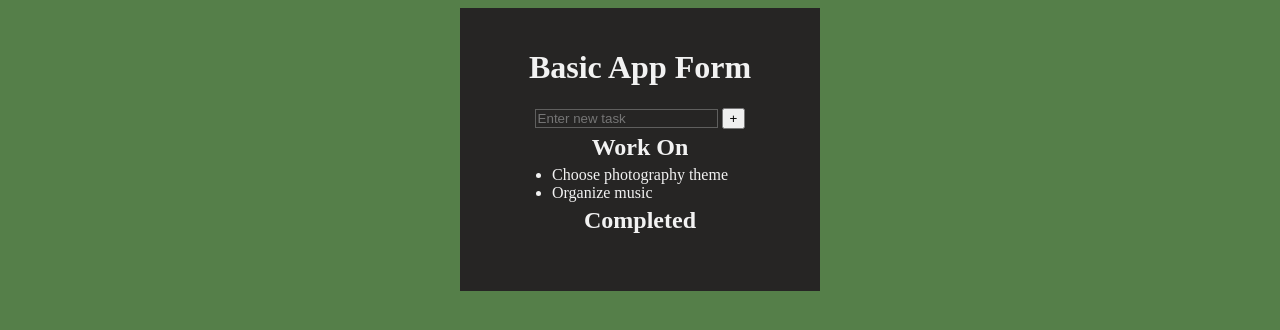
Repository: Kayla-amr/dgm_3760
Page: todoTemplate-W2/index.html
These files come from the project's save history. The page is drawn as it stood at one moment and after a run of saves; the edit follows.
The browser window is 1280 px wide. The pictures show the whole page.

Above is the page before, as saved 2022-10-17 17:18:08.

### todoTemplate-W2/index.html
<!DOCTYPE html>
<html lang="en">

<head>
    <meta charset="UTF-8">
    <meta http-equiv="X-UA-Compatible" content="IE=edge">
    <meta name="viewport" content="width=device-width, initial-scale=1.0">
    <link rel="stylesheet" href="styles.css">
    <title>Basic Todo App</title>
</head>

<body>
    <main>
        <div class="taskForm">
            <h1 class="formTitle"></h1>
            <div>
                <input class="userInput" type="text" placeholder="Enter new task">
                <button class="addTask">+</button>
            </div>
            <h2>Work On</h2>
            <ul class='todoTasks'>
            </ul>
            <h2>Completed</h2>
            <ul class='completeTasks'>
            </ul>
    </main>

    </div>
</body>
<script src="/todoTemplate-W2/index.js"></script>

</html>

### todoTemplate-W2/styles.css
body{
    background-color: #557f49;
    color: #f2f2f2;
}
main{
    display: flex;
    justify-content: center;
}
h2{
    margin: 0;
    padding: 5px;
}
.taskForm{
    background-color: #262524;
    padding: 20px;
    width: 20rem;
    display: flex;
    flex-direction: column;
    align-items: center;
}

.todoTasks{
    margin: 0;
    padding: 0;
}
.completedTasks{
    margin: 0;
    padding: 0;
}
.userInput{
    background-color: #eaaf1900;
    border: 1px solid #808080a1;
    color: #f2f2f2;
}

### todoTemplate-W2/index.js
let myList = [
	{
		id: 0,
		name: 'Choose photography theme',
		category: 'Homework',
		due_date: 'Tomorrow',
		status: false
	},
	{
		id: 1,
		name: 'Organize music',
		category: 'Chores',
		due_date: 'Wednesday',
		status: false
	}
];

//app title
document.querySelector('.formTitle').innerText = 'Basic App Form';

//view todods


function displayTodos(todos) {
	//clear out any tasks (li elements) that are in the UL
	todoTaskUl.innerHTML = '';

	//for each todo in the array, add it to the container UL
	todos.forEach(function(myTask) {
		todoTaskUl.innerHTML += `<li data-todoId='${myTask.id}'> ${myTask.name} </li>`;
	});
}

//add todos

//store element object for the add task button
const addBtn = document.querySelector('.addTask')

addBtn.addEventListener('click', (event) => {
	addTask()
})

function addTask(){
  let userInput = document.querySelector('.userInput').value;
  const newTodoObj = {
	id: myList.length + 1,
	name: userInput,
	category: null,
	due_date: null,
	status: false
}

  myList.push(newTodoObj);

  displayTodos(myList)
}

// create a function to complete todos
function completeTask(){
	// function will take 1 parameter (input) an id of the todo to complete
	// find the todo to complete and then change the value of status in the todo object
		//use the .findIndex method to get the index
		//then edit the object directly using bracket notation
		//IE: myList[todoIDX].status
}


//create a function to delete todos
function deleteTask(){
	//much the same as the complete todo function
	//instead of editing the object, you will need to remove it from the array
}


//for complete and delete event listeners you will need to listen for events on the UL

//get a reference to the task container UL
const todoTaskUl = document.querySelector('.todoTasks');


todoTaskUl.addEventListener('click', (event) => {
	//get the id of the todo that the user clicked on.
	console.log(event.target.dataset.todoid)

	const clickedTodoId = event.target.dataset.todoid

	const todoIdx = myList.findIndex((todo) => todo.id == clickedTodoId)

	console.log(todoIdx)
	//flip the status value
	myList[todoIdx].status = !myList[todoIdx].status

	console.log(myList)

	displayTodos(myList)
})


//on page load, show the todos
displayTodos(myList)

After the next 3 saves:
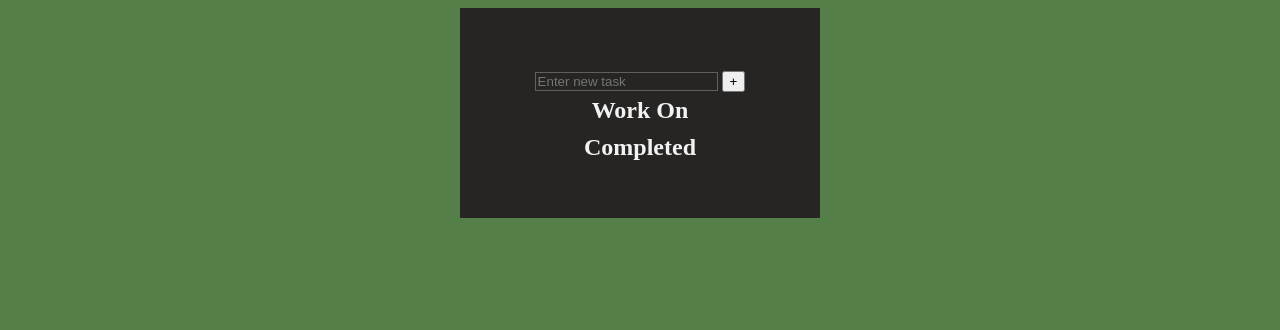
Console error: SyntaxError: Identifier 'completeTask' has already been declared
The 3 saves are shown as one change because they came seconds apart.
The last was saved 9 s later.
--- a/todoTemplate-W2/index.js
+++ b/todoTemplate-W2/index.js
@@ -76,7 +76,7 @@ function deleteTask(){
 
 //get a reference to the task container UL
 const todoTaskUl = document.querySelector('.todoTasks');
-
+const completeTask = dpcu
 
 todoTaskUl.addEventListener('click', (event) => {
 	//get the id of the todo that the user clicked on.
